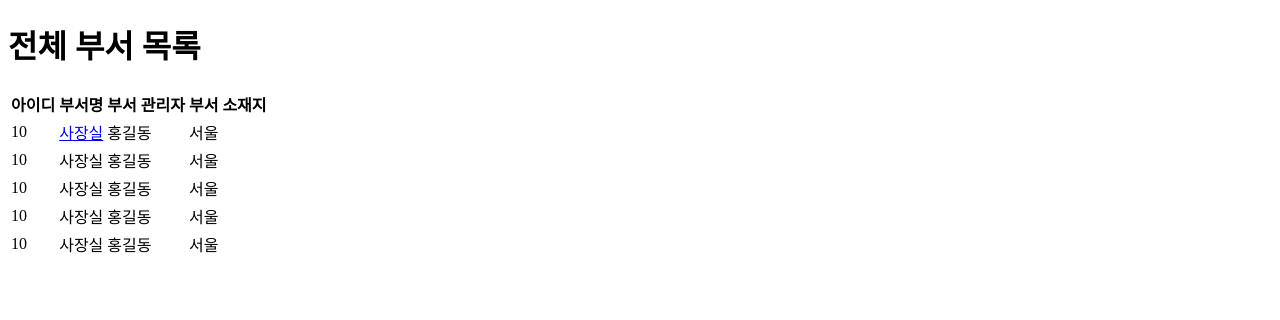
Repository: benpark0613/basic
Page: http://localhost/sample/hr/dept/list.jsp
The author's editor kept a copy of each file at every save. The page is drawn from the files as they stood at one save, then again after the next save.
The browser window is 1280 px wide. The pictures show the whole page.
The page is served by Tomcat 9. Other server files are loaded and not shown.

Above is the page before, as saved 2021-11-10 03:06:28.

### HR_app/sample/src/main/webapp/hr/dept/list.jsp
<%@ page language="java" contentType="text/html; charset=UTF-8"
    pageEncoding="UTF-8"%>
<!DOCTYPE html>
<html>
<head>
<meta charset="UTF-8">
<title>부서정보 관리::부서목록 </title>
</head>
<body>
	<h1>전체 부서 목록</h1>

	<table>
		<thead>
			<tr>
				<th>아이디</th>
				<th>부서명</th>
				<th>부서 관리자</th>
				<th>부서 소재지</th>
			</tr>
		</thead>
		<tbody>
			<tr>
				<td>10</td>
				<td><a href="detail.jsp?id=10">사장실</a></td>
				<td>홍길동</td>
				<td>서울</td>
			</tr>
			<tr>
				<td>10</td>
				<td>사장실</td>
				<td>홍길동</td>
				<td>서울</td>
			</tr>
			<tr>
				<td>10</td>
				<td>사장실</td>
				<td>홍길동</td>
				<td>서울</td>
			</tr>
			<tr>
				<td>10</td>
				<td>사장실</td>
				<td>홍길동</td>
				<td>서울</td>
			</tr>
			<tr>
				<td>10</td>
				<td>사장실</td>
				<td>홍길동</td>
				<td>서울</td>
			</tr>
		</tbody>
	</table>
</body>
</html>

After the next save:
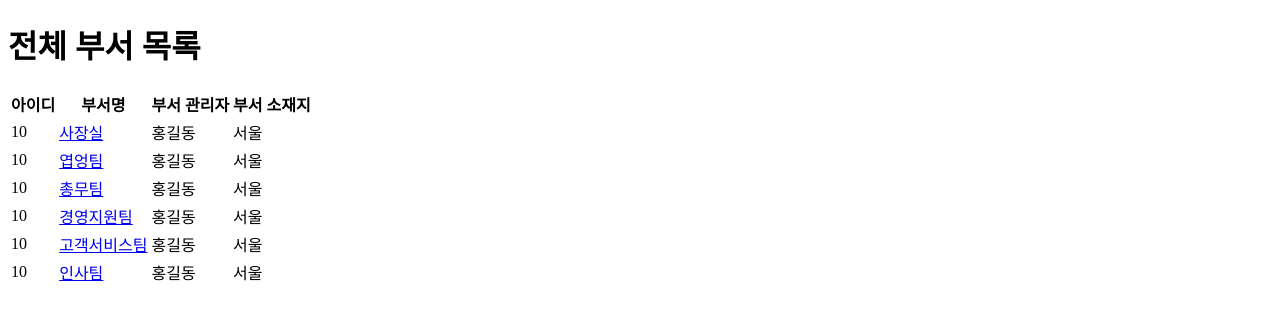
Saved 67 s later.
--- a/HR_app/sample/src/main/webapp/hr/dept/list.jsp
+++ b/HR_app/sample/src/main/webapp/hr/dept/list.jsp
@@ -27,25 +27,31 @@
 			</tr>
 			<tr>
 				<td>10</td>
-				<td>사장실</td>
+				<td><a href="detail.jsp?id=20">엽엉팀</a></td>
 				<td>홍길동</td>
 				<td>서울</td>
 			</tr>
 			<tr>
 				<td>10</td>
-				<td>사장실</td>
+				<td><a href="detail.jsp?id=30">총무팀</a></td>
 				<td>홍길동</td>
 				<td>서울</td>
 			</tr>
 			<tr>
 				<td>10</td>
-				<td>사장실</td>
+				<td><a href="detail.jsp?id=40">경영지원팀</a></td>
 				<td>홍길동</td>
 				<td>서울</td>
 			</tr>
 			<tr>
 				<td>10</td>
-				<td>사장실</td>
+				<td><a href="detail.jsp?id=50">고객서비스팀</a></td>
+				<td>홍길동</td>
+				<td>서울</td>
+			</tr>
+			<tr>
+				<td>10</td>
+				<td><a href="detail.jsp?id=60">인사팀</a></td>
 				<td>홍길동</td>
 				<td>서울</td>
 			</tr>
